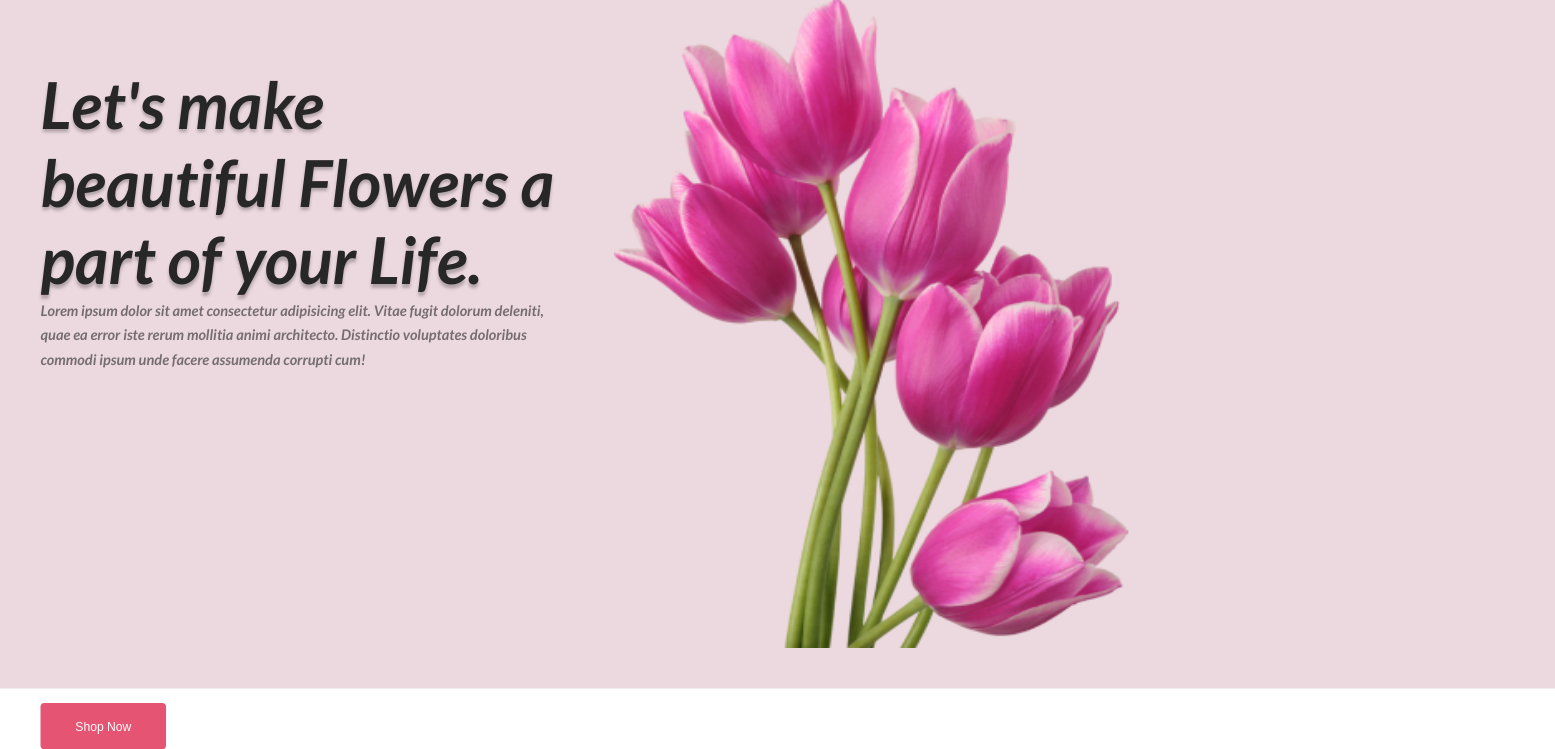
Repository: AnitaAkter/anita-flower-shop
Page: index.html
These files come from the project's save history. The page is drawn as it stood at one moment and after the next save; the edit follows.
The browser window is 1280 px wide. The page is 1920 px wide, so the pictures cover 1920 px, including what lies to the right of the window. The pictures show the whole page, at 81% of full size.

Above is the page before, as saved 2023-09-04 20:53:06.

After the next save:
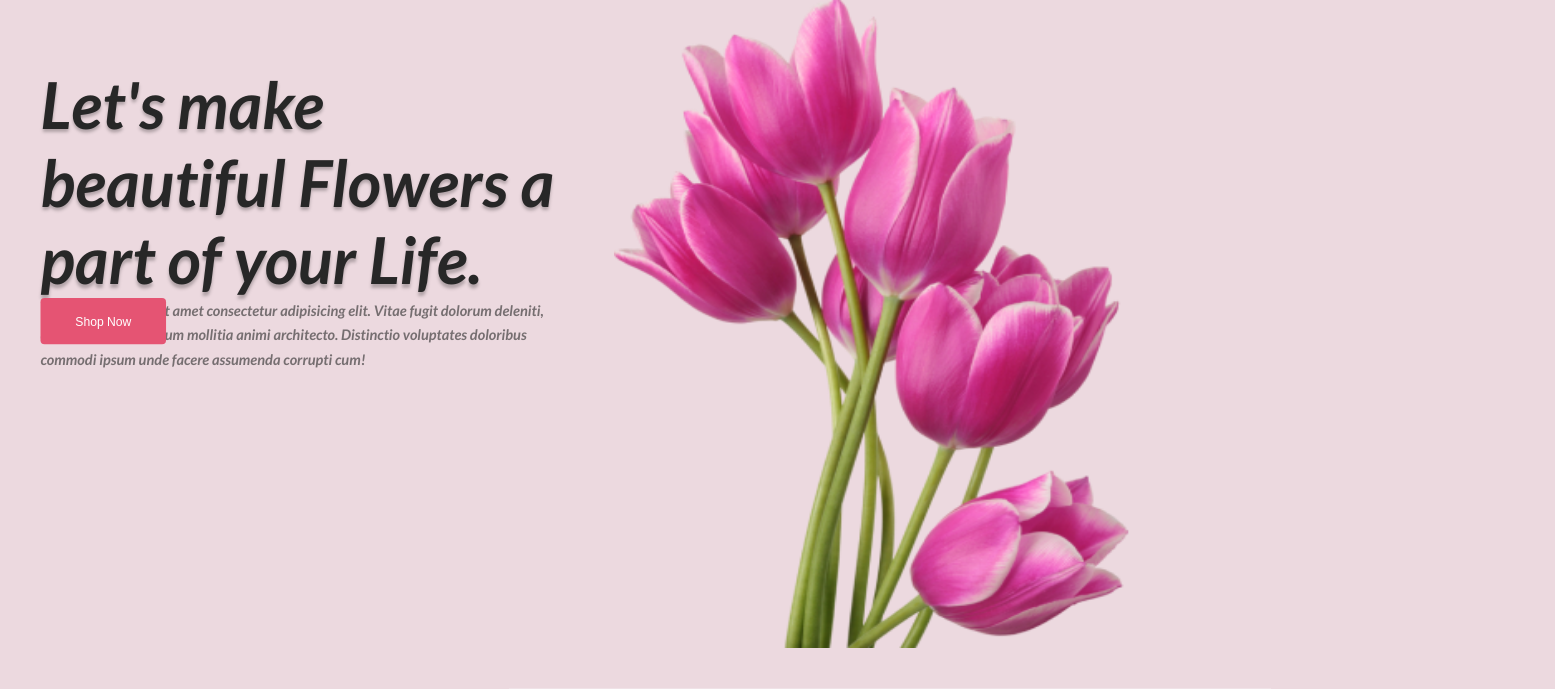
Saved 4 s later.
--- a/style.css
+++ b/style.css
@@ -47,7 +47,7 @@ header {
     font-weight: 400;
     line-height: 30px;
     width: 634px;
-    height: 500px;
+    height: 0px;
     gap: 32px;
 
 
